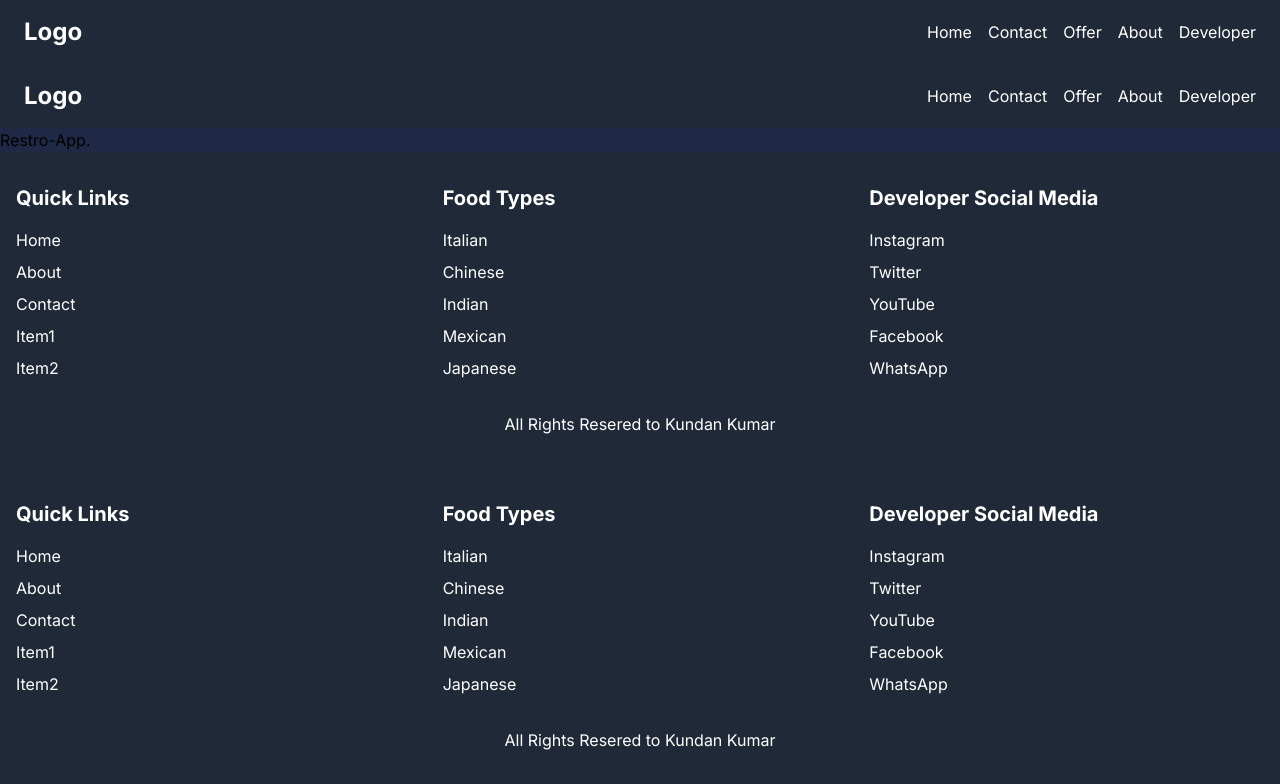
Repository: its-kundan/food-on-time
Page: /
An editor plug-in stored every save of this project. The page is shown before and after the next save, followed by the edit.
The browser window is 1280 px wide. The pictures show the whole page.
The project was rebuilt for these pictures with package versions that can differ from the ones it lists, and the page was loaded fresh each time. The framework's server and built-in components were replaced by stand-ins that run in the browser. Also part of the build but not shown: next.config.mjs.

Above is the page before, as saved 2024-07-25 09:02:53.

### src/app/layout.js
import { Inter } from "next/font/google";
import "./globals.css";

import Footer from "./_components/Footer";
import Header from "./_components/Header";

const inter = Inter({ subsets: ["latin"] });

export const metadata = {
  title: "Create Next App",
  description: "Generated by create next app",
};

export default function RootLayout({ children }) {
  return (
    <html lang="en">
      <Header/>
      <body className={inter.className}>{children}</body>
      <Footer />
    </html>
  );
}

### src/app/page.js
import Image from "next/image";
import Footer from "./_components/Footer";
import Header from "./_components/Header";

export default function Home() {
  return (
   <main className="bg-grey-800">
    <Header/>
    Restro-App.
    <Footer/>


   </main>
  );
}

### src/app/globals.css
@tailwind base;
@tailwind components;
@tailwind utilities;
body{
  background-color: rgb(31, 41, 70); /* For background color */
  /* color: white; */
}
/*
:root {
  --foreground-rgb: 0, 0, 0;
  --background-start-rgb: 214, 219, 220;
  --background-end-rgb: 255, 255, 255;
}

@media (prefers-color-scheme: dark) {
  :root {
    --foreground-rgb: 255, 255, 255;
    --background-start-rgb: 0, 0, 0;
    --background-end-rgb: 0, 0, 0;
  }
}

body {
  color: rgb(var(--foreground-rgb));
  background: linear-gradient(
      to bottom,
      transparent,
      rgb(var(--background-end-rgb))
    )
    rgb(var(--background-start-rgb));
}

@layer utilities {
  .text-balance {
    text-wrap: balance;
  }
} */

### src/app/_components/Footer.jsx
import React from 'react';

const Footer = () => {
  return (
    <footer className="bg-gray-800 text-white py-8 mt-auto">
      <div className="container mx-auto px-4">
        <div className="grid grid-cols-1 md:grid-cols-3 gap-8">
          {/* First Column */}
          <div>
            <h3 className="text-xl font-bold mb-4">Quick Links</h3>
            <ul>
              <li className="mb-2"><a href="#">Home</a></li>
              <li className="mb-2"><a href="#">About</a></li>
              <li className="mb-2"><a href="#">Contact</a></li>
              <li className="mb-2"><a href="#">Item1</a></li>
              <li className="mb-2"><a href="#">Item2</a></li>
            </ul>
          </div>

          {/* Second Column */}
          <div>
            <h3 className="text-xl font-bold mb-4">Food Types</h3>
            <ul>
              <li className="mb-2"><a href="#">Italian</a></li>
              <li className="mb-2"><a href="#">Chinese</a></li>
              <li className="mb-2"><a href="#">Indian</a></li>
              <li className="mb-2"><a href="#">Mexican</a></li>
              <li className="mb-2"><a href="#">Japanese</a></li>
            </ul>
          </div>

          {/* Third Column */}
          <div>
            <h3 className="text-xl font-bold mb-4">Developer Social Media</h3>
            <ul>
              <li className="mb-2"><a href="#">Instagram</a></li>
              <li className="mb-2"><a href="#">Twitter</a></li>
              <li className="mb-2"><a href="#">YouTube</a></li>
              <li className="mb-2"><a href="#">Facebook</a></li>
              <li className="mb-2"><a href="#">WhatsApp</a></li>
            </ul>
          </div>
        </div>
        <br/>
        <p className='text-center '> All Rights Resered to Kundan Kumar</p>
      </div>
    </footer>
  );
};

export default Footer;

### src/app/_components/Header.jsx
"use client"
// components/Header.js
import Link from 'next/link';
import { useState } from 'react';

const Header = () => {
  const [isDropdownOpen, setIsDropdownOpen] = useState(false);

  return (
    <header className="bg-gray-800 text-white">
      <div className="container mx-auto flex justify-between items-center py-4 px-6">
        <div className="flex items-center">
          <Link href="/" className="text-2xl font-bold">
            Logo
          </Link>
        </div>
        <nav className="flex space-x-4">
          <Link href="/" className="hover:text-gray-400">
            Home
          </Link>
          <Link href="/contact" className="hover:text-gray-400">
            Contact
          </Link>
          <div className="relative">
            <button
              onClick={() => setIsDropdownOpen(!isDropdownOpen)}
              className="hover:text-gray-400"
            >
              Offer
            </button>
            {isDropdownOpen && (
              <div className="absolute bg-gray-700 text-white mt-2 rounded-md shadow-lg z-10">
                <ul>
                  <li><a href="#" className="block px-4 py-2 hover:bg-gray-600">Offer Item 1</a></li>
                  <li><a href="#" className="block px-4 py-2 hover:bg-gray-600">Offer Item 2</a></li>
                  <li><a href="#" className="block px-4 py-2 hover:bg-gray-600">Offer Item 3</a></li>
                  <li><a href="#" className="block px-4 py-2 hover:bg-gray-600">Offer Item 4</a></li>
                  <li><a href="#" className="block px-4 py-2 hover:bg-gray-600">Offer Item 5</a></li>
                </ul>
              </div>
            )}
          </div>
          <Link href="/about" className="hover:text-gray-400">
            About
          </Link>
          <Link href="/developer" className="hover:text-gray-400">
            Developer
          </Link>
        </nav>
      </div>
    </header>
  );
};

export default Header;

Loaded but not shown: tailwind.config.js (common file)

After the next save:
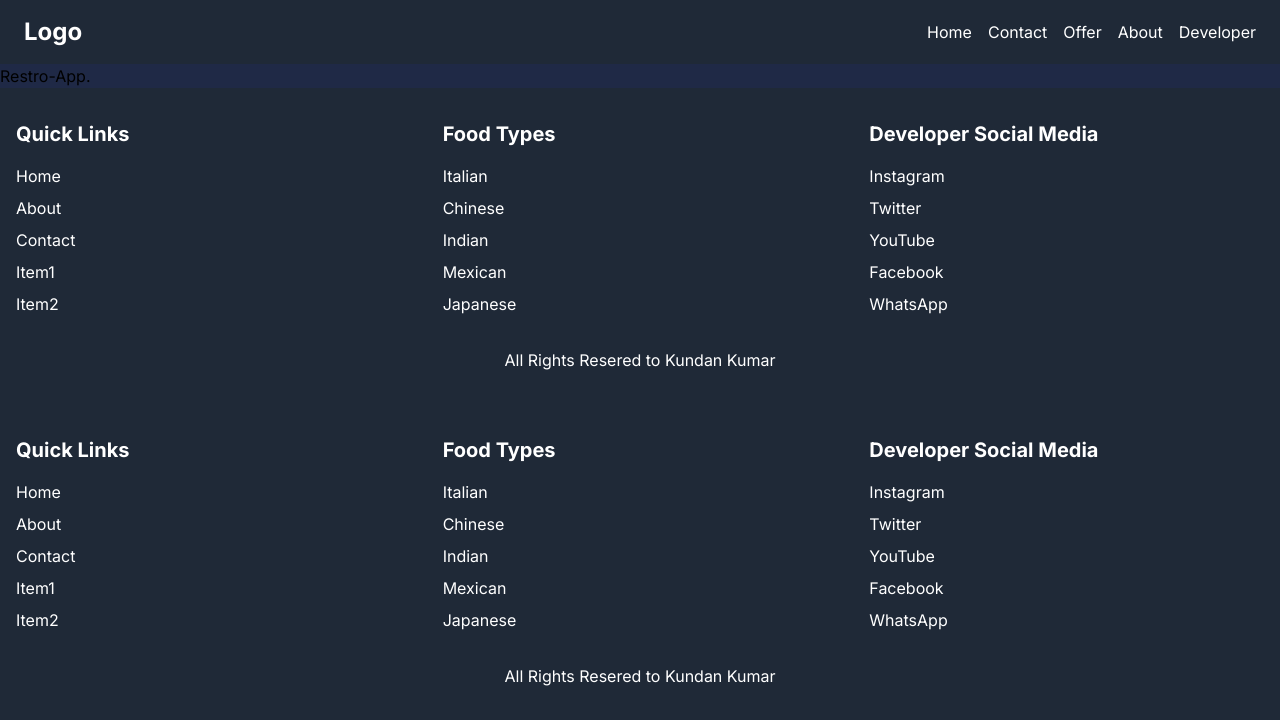
Saved 41 s later.
--- a/src/app/layout.js
+++ b/src/app/layout.js
@@ -14,7 +14,7 @@ export const metadata = {
 export default function RootLayout({ children }) {
   return (
     <html lang="en">
-      <Header/>
+      {/* <Header/> */}
       <body className={inter.className}>{children}</body>
       <Footer />
     </html>
